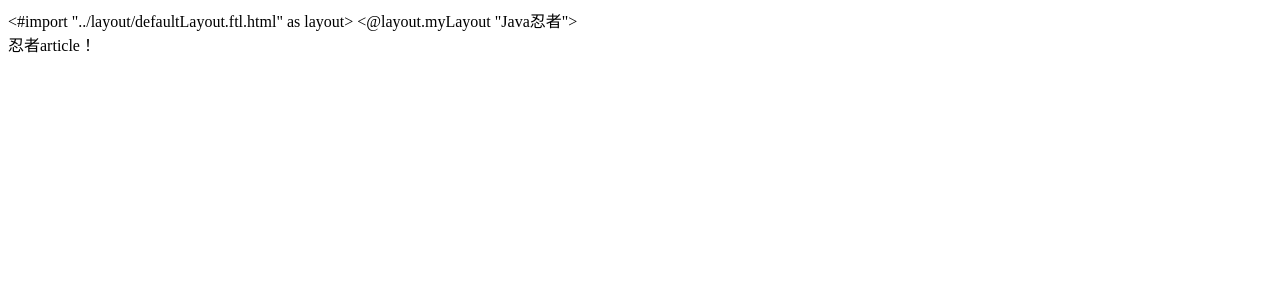
Repository: JavaProgrammerLB/JavaNinja
Page: firstNinjaProject/src/main/java/views/ApplicationControl/article.ftl.html
An editor plug-in stored every save of this project. The page is shown before and after the next save, followed by the edit.
The browser window is 1280 px wide. The pictures show the whole page.

Above is the page before, as saved 2015-06-09 03:51:35.

After the next save:
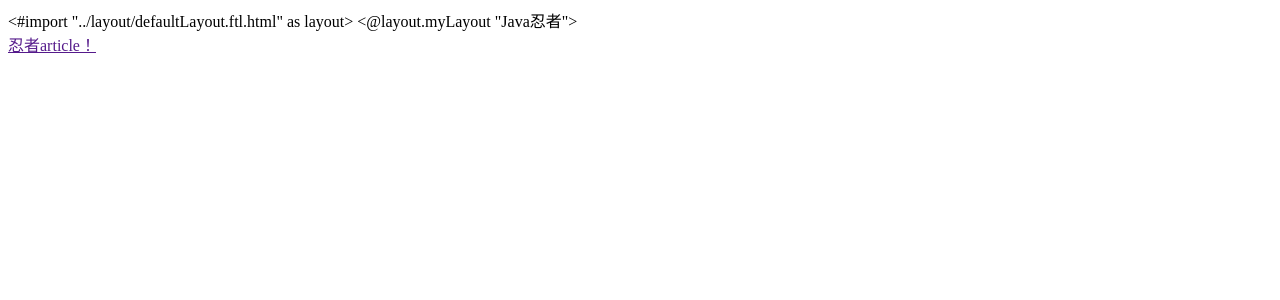
Saved 3 min 56 s later.
--- a/firstNinjaProject/src/main/java/views/ApplicationControl/article.ftl.html
+++ b/firstNinjaProject/src/main/java/views/ApplicationControl/article.ftl.html
@@ -1,6 +1,6 @@
 <#import "../layout/defaultLayout.ftl.html" as layout>
 <@layout.myLayout "Java忍者">
 	<div>
-		忍者article！
+		<a href="">忍者article！</a>
 	</div>
 </@layout.myLayout>
